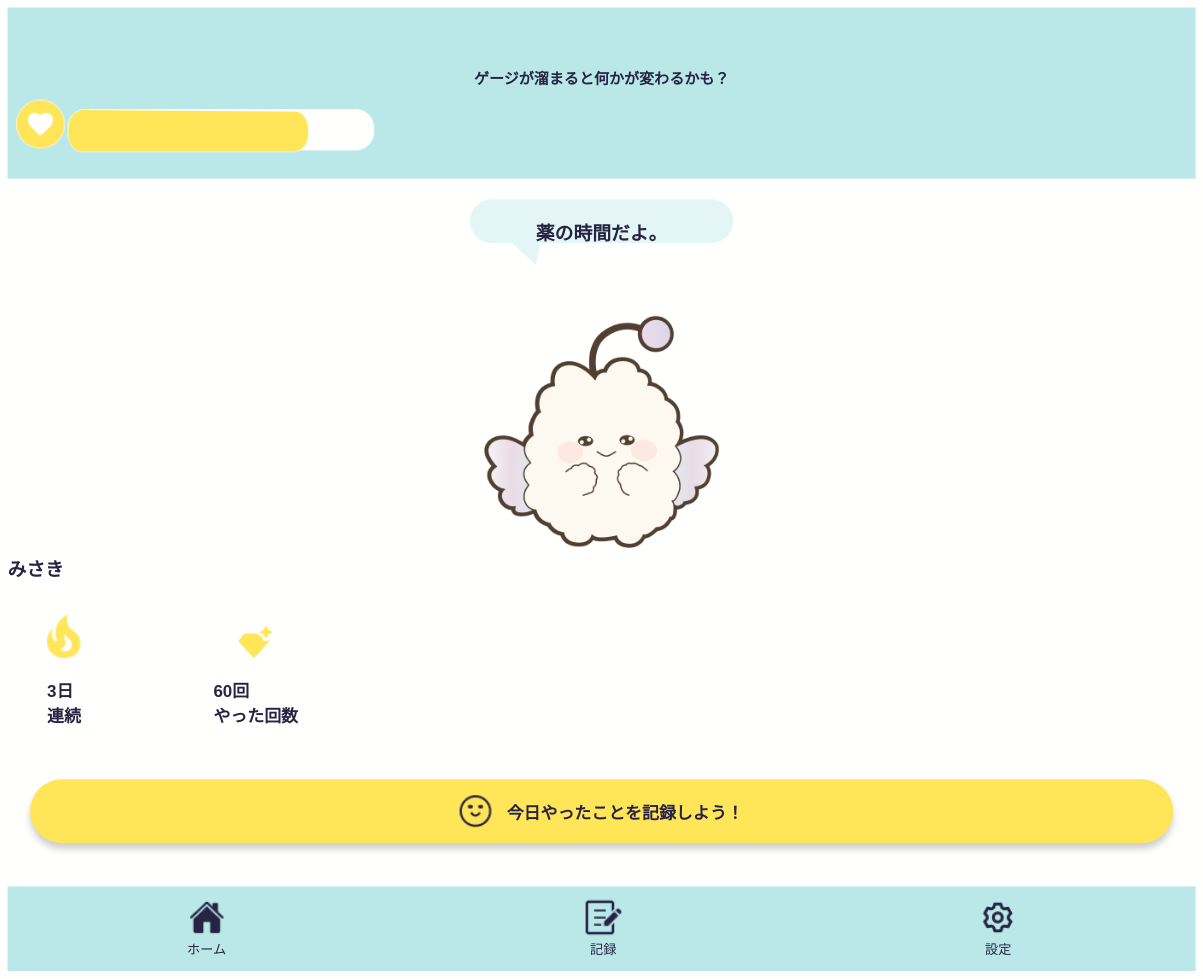
Repository: misaki0919/Self-care
Page: home_page.html
An editor plug-in stored every save of this project. The page is shown before and after the next save, followed by the edit.
The browser window is 1280 px wide. The pictures show the whole page, at 94% of full size.
Some web fonts or font styles are not loaded; a fallback is used.

Above is the page before, as saved 2026-07-20 21:50:34.

### home_page.html
<!DOCTYPE html>
<html lang="jp">
<head>
    <meta charset="UTF-8">
    <meta name="viewport" content="width=device-width, initial-scale=1.0">
    <title>ホーム画面</title>
    <link href="css/home_page.css" rel="stylesheet">
    <link rel="preconnect" href="https://fonts.googleapis.com">
    <link rel="preconnect" href="https://fonts.gstatic.com" crossorigin>
    <link href="https://fonts.googleapis.com/css2?family=Archivo+Black&family=Noto+Serif+JP:wght@200..900&family=Zen+Maru+Gothic&display=swap" rel="stylesheet">

</head>
<body>
    <div class="header-wrap">
        <p class="ge-ji zen-maru-gothic-regular">ゲージが溜まると何かが変わるかも？</p>
        <section class="images-wrap-1">
            <img class="white" src="images/Ellipse 17.png" alt="黄色の丸">
            <img class="heart" src="images/heart.png" alt="ハート">
        </section>
        <section class="images-wrap-2">
            <img src="images/Rectangle 5.png" alt="白">
            <img src="images/Vector 1.png" alt="黄色">
        </section>
    </div>

    <div class="word-wrap">
        <img src="images/speech_bubble.png" alt="セリフ">
        <p class="time zen-maru-gothic-regular" >薬の時間だよ。</p>
    </div>

    <img src="images/big_sowan.png" alt="ソワンちゃん">
    <p class="name zen-maru-gothic-regular">みさき</p>

    <div class="continue-wrap">
        <img src="images/Vector.png" alt="炎">
        <p class="continue zen-maru-gothic-regular">3日<br>連続</p>
    </div>

    <div class="did-wrap">
        <img src="images/kira.png" alt="ダイヤモンド">
        <p class="did zen-maru-gothic-regular">60回<br>やった回数</p>
    </div>

    <div class="record-wrap">
        <a href="record.html">
            <img src="images/smile.png" alt="笑顔">
            <p class="today-record zen-maru-gothic-regular">今日やったことを記録しよう！</p>
        </a>
    </div>

    <div class="footer-wrap">
        <div class="home">
            <img src="images/home.png" alt="ホーム">
            <p>ホーム</p>
        </div>
        <div class="record">
            <img src="images/record.png" alt="記録">
            <p>記録</p>
        </div>
        <div class="setting">
            <img src="images/setting.png" alt="設定">
            <p>設定</p>
        </div>
    </div>
</body>
</html>

### css/home_page.css
body{
    background-color: #FFFFFE;
    color: #272343;
    /* padding-left: 24px;
    padding-right: 24px; */
}
.zen-maru-gothic-regular {
    font-family: "Zen Maru Gothic", sans-serif;
    font-weight: 600;
    font-style: normal;
}
/* .header-wrap{
    background-color: #BAE8E8;
    width: 428px;
    height: 170px;
    .ge-ji{
        text-align: center;
        padding: 69px;
        font-size: 14px;
    }
    .images-wrap-1{
        background-color: tomato;

    }
} */


.header-wrap{
    background:#BAE8E8;
    padding:30px 24px;
}

.ge-ji{
    font-size:16px;
    padding-top: 16px;
    margin-bottom:12px;
    text-align: center;
}

.images-wrap-1{
    display:flex;
    align-items:center;
    margin-bottom:-42px;
    position:relative;
    z-index:2;
    margin-left: -15px;

    .white{
    width: 52px;
    height:52px;
    /* background-color: tomato; */
    }
    .heart{
    width: 32px;
    position:absolute;
    left:10px;
    /* background-color: tomato; */
    }
}

.images-wrap-2{
    position:relative;
}

.images-wrap-2 img:first-child{
    width: 326px;
    display:block;
    margin-left: 40px;
}

.images-wrap-2 img:last-child{
    position:absolute;
    left:0;
    top:0;
    width: 257px;
    margin-left: 40px;
}

/* ===== 吹き出し ===== */

.word-wrap{
    position:relative;
    width:280px;
    margin:22px auto 46px;
}

.word-wrap img{
    width:100%;
    display:block;
}

.word-wrap p{
    position:absolute;
    top:20px;
    left:50%;
    transform:translateX(-50%);
    margin:0;
    font-size:20px;
    font-weight:bold;
}

/* ===== キャラクター ===== */

body>img{
    width:250px;
    display:block;
    margin:0 auto;
}

.name{
    font-size:20px;
    margin-top:7px;
    margin-bottom:35px;
}

/* ===== 実績 ===== */

.continue-wrap,
.did-wrap{
    width:120px;
    display:inline-flex;
    flex-direction:column;
    align-items:center;
}

.continue-wrap{
    margin-right:40px;
}

.did-wrap{
    margin-left:40px;
}

.continue-wrap img,
.did-wrap img{
    width:36px;
    margin-bottom:4px;
}

.continue,
.did{
    font-size:18px;
    line-height:1.5;
}

/* ===== ボタン ===== */

.record-wrap{
    margin:35px 24px 46px;
}

.record-wrap a{
    background:#FFE558;
    border-radius:50px;
    height:68px;
    display:flex;
    align-items:center;
    justify-content:center;
    text-decoration:none;
    color:#272343;
    box-shadow:0 6px 8px rgba(0,0,0,.2);
}

.record-wrap img{
    width:34px;
    margin-right:16px;
}

.today-record{
    font-size:18px;
    font-weight:bold;
}

/* ===== フッター ===== */

.footer-wrap{
    background:#BAE8E8;
    height:90px;
    display:flex;
    justify-content:space-around;
    align-items:center;
}

.footer-wrap div{
    display:flex;
    flex-direction:column;
    align-items:center;
    color:#272343;
}

.footer-wrap img{
    width:38px;
    margin-bottom:4px;
}

.footer-wrap p{
    margin:0;
    font-size:14px;
}

After the next save:
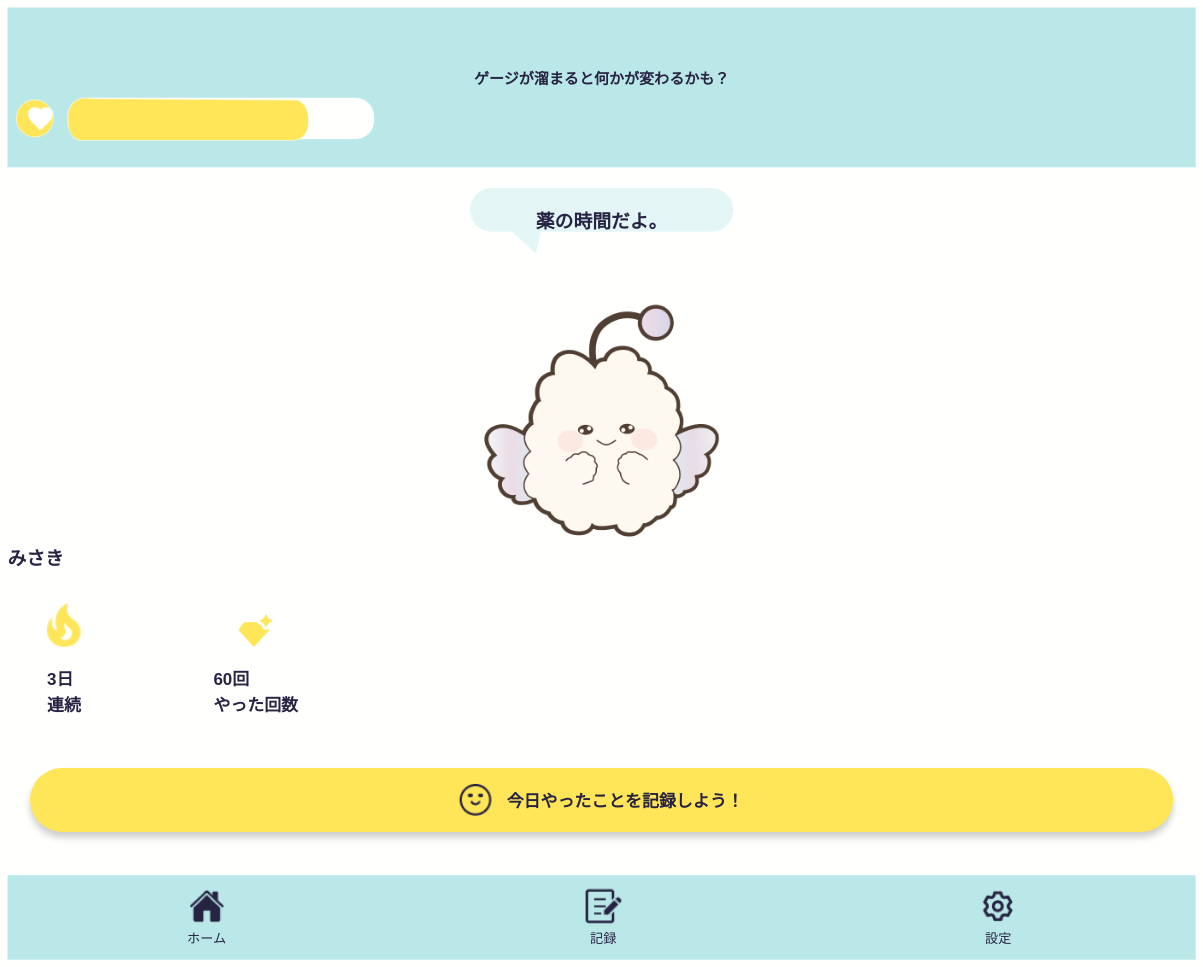
Saved 8 s later.
--- a/css/home_page.css
+++ b/css/home_page.css
@@ -46,8 +46,8 @@ body{
     margin-left: -15px;
 
     .white{
-    width: 52px;
-    height:52px;
+    width: 40px;
+    height:40px;
     /* background-color: tomato; */
     }
     .heart{
